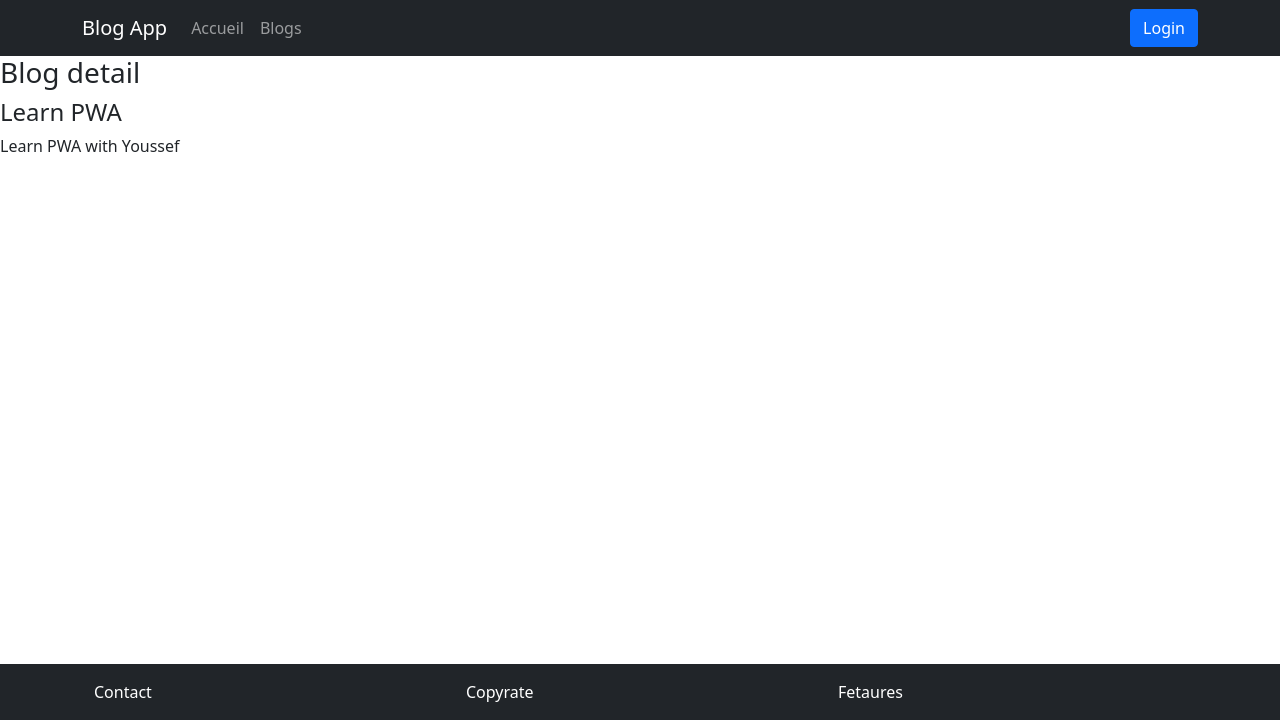
Repository: FS-23/laravel-blog-app
Page: http://localhost/blog/detail
The author's editor kept a copy of each file at every save. The page is drawn from the files as they stood at one save, then again after the next save.
The browser window is 1280 px wide. The pictures show the whole page.
The page is served by the project's Laravel application, run on PHP 8.4 with Laravel 9. Other server files are loaded and not shown.

Above is the page before, as saved 2022-06-07 13:37:19.

### BlogApp/routes/web.php
<?php

use Illuminate\Support\Facades\Route;
use App\Http\Controllers\BlogController;
use App\Http\Controllers\ProductController;
use Illuminate\Http\Request;


Route::get('/', function () {
    return redirect('/blog/list');
});

Route::get('/home', function(){
    $user = ["name" =>  "Nour" , "level" =>  "A"];
    return view('home', $user);
});

Route::get('/blog' , function(){
    return view('blog.home');
});

Route::get('/blog/list' , [BlogController::class , 'index'] );

Route::get('/blog/create' , [BlogController::class  , 'create']);

Route::get('/blog/detail' , [BlogController::class , 'show']);

Route::post('/blog/store' , [BlogController::class , 'store']);

Route::get('/product' , [ProductController::class , 'index']);

Route::get('/user/create', function(){

    return view('user.create');
});
Route::post('/user/store',function(Request $request){
    dd($request -> all());
   // return 'hello world';
});

### BlogApp/app/Http/Controllers/BlogController.php
<?php

namespace App\Http\Controllers;

use Illuminate\Http\Request;
use App\Models\Blog;

// Blog::create(...)
// Blog::find(1)
//Blog::delete(2)
// Blog::all()


class BlogController extends Controller
{
    function index(){
        // $blog1 = new Blog2("Learn Python" ,  "Learn pyton with moha");
        // $blog2 = new Blog2("Learn CSS/HTML" ,  "Learn pyton with Youssef - Nour -Mohamed");
        // $blog3 = new Blog2("Learn PHP" ,  "Le lorem ipsum est, en imprimerie, une suite de mots sans signification utilisée à titre provisoire pour calibrer une mise en page, le texte définitif venant remplacer le faux-texte dès qu'il est prêt ou que la mise en page est achevée. Généralement, on utilise un texte en faux latin, le Lorem ipsum ou Lipsum.");
        // $blog4 = new Blog2("Learn React" ,  "Learn pyton with Karl");
        // $blogs = [$blog1 , $blog2 , $blog3 , $blog4];

        $allBlogs = Blog::all()    ; // select * from blogs
        return view('blog.list' , ["blogs" =>  $allBlogs]);
    }

    function store(Request $request){

       // dd($request -> all());
        // //......
        //  $formData = ["title" => "Learn java 123" , "content" => "Learn java with AKHENATON" , "categorie" => "JAVA"];

        $result =  Blog::create( $request -> all());


        return redirect('/blog/list');
    }

    function show(){
        $blog = ["title" => "Learn PWA" , "content" => "Learn PWA with Youssef"];
        return view('blog.detail', $blog);
    }


    function create(){
        return view('blog.create');
    }
}


class Blog2{
    public $title;
    public $content;

    function __construct($title , $content){
        $this -> title = $title;
        $this -> content = $content;
    }
}

### BlogApp/resources/views/blog/detail.blade.php

@extends('layout.layout')
@section('content')
<h3>Blog detail</h3>

<div>
    <h4>{{  $title }}</h4>
    <p>{{ $content }}</p>
</div>
@endsection

### BlogApp/resources/views/layout/layout.blade.php
<!DOCTYPE html>
<html lang="en">
<head>
    <meta charset="UTF-8">
    <meta name="viewport" content="width=device-width, initial-scale=1.0">
    <meta http-equiv="X-UA-Compatible" content="ie=edge">
    <title>Blog App</title>
    <link rel="stylesheet" href="https://cdn.jsdelivr.net/npm/bootstrap@5.1.3/dist/css/bootstrap.min.css">
    <style>
        html , body {
            min-height: 100vh;
            position: relative;
            width: 100%
        }
        .footer {
            position: absolute;
            bottom: 0;
            width: 100%
        }
    </style>
</head>
<body>
    <nav class="navbar navbar-dark navbar-expand-lg bg-dark">
        <div class="container">
            <div class="navbar-brand">Blog App</div>
            <button class="navbar-toggler" data-bs-toggle="collapse" href="#navbar-container">
                <span class="navbar-toggler-icon"></span>
            </button>
            <div class="collapse navbar-collapse show" id="navbar-container">
                <ul class="navbar-nav">
                    <li class="nav-item">
                        <a href="/" class="nav-link">Accueil</a>
                    </li>
                    <li class="nav-item">
                        <a href="/blog/list" class="nav-link">Blogs</a>
                    </li>
                </ul>
            </div>

            <div>
                <button class="btn btn-primary">
                     Login
                </button>
            </div>

        </div>
    </nav>

    <div class="" style="padding-bottom: 100px">
        <section>
            @yield("content")
        </section>
    </div>

     <footer class="bg-dark text-white p-3 footer">
         <div class="container">
             <div class="row mx-0">
                    <div class="col-4">
                        <div> Contact</div>
                    </div>
                    <div class="col-4">
                        <div>Copyrate</div>
                    </div>
                    <div class="col-4">
                        <div>Fetaures</div>
                    </div>
             </div>
         </div>
     </footer>

    <script src="https://cdn.jsdelivr.net/npm/bootstrap@5.1.3/dist/js/bootstrap.min.js"></script>
</body>
</html>

Loaded but not shown: BlogApp/app/Http/Controllers/Controller.php (common file)

After the next save:
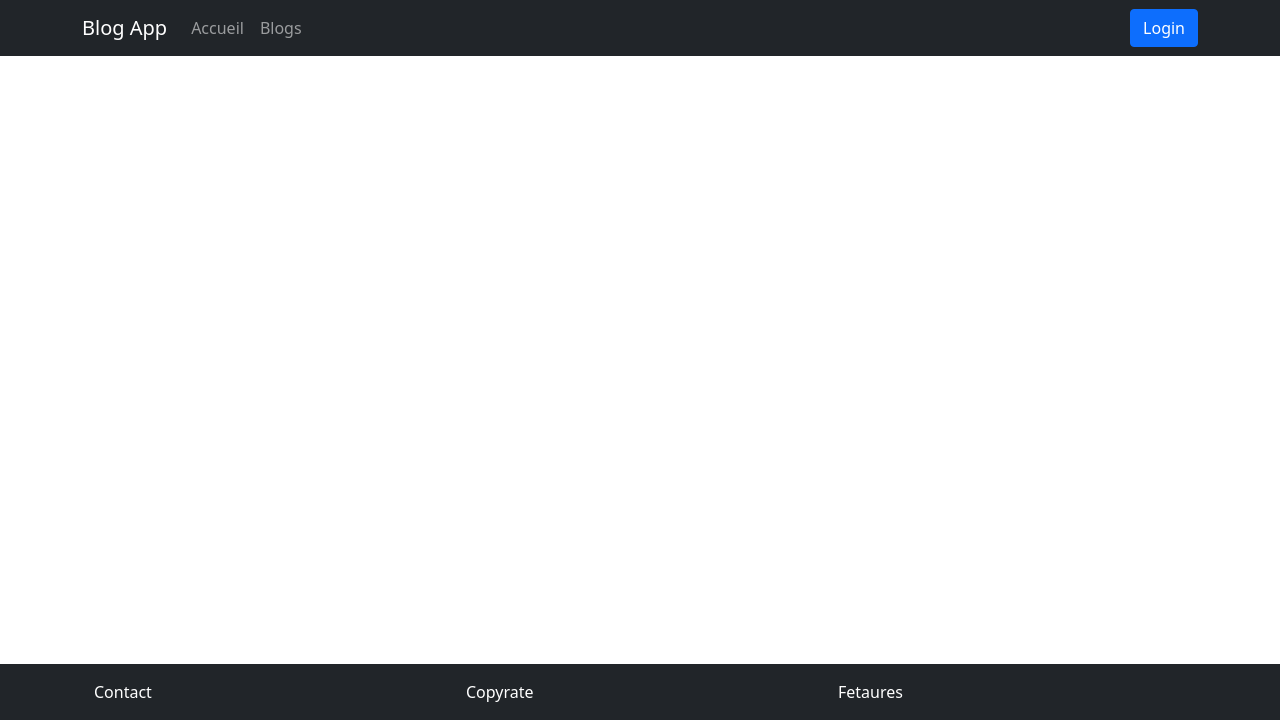
Saved 88 s later.
--- a/BlogApp/resources/views/blog/detail.blade.php
+++ b/BlogApp/resources/views/blog/detail.blade.php
@@ -1,10 +1,7 @@
 
 @extends('layout.layout')
 @section('content')
-<h3>Blog detail</h3>
+    <div class="col-7 mt-5">
 
-<div>
-    <h4>{{  $title }}</h4>
-    <p>{{ $content }}</p>
-</div>
+    </div>
 @endsection
